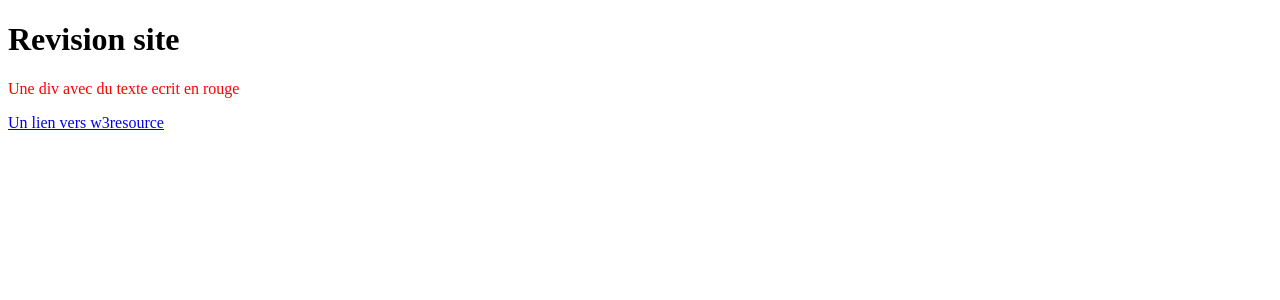
Repository: Elie-Dey/boot-start
Page: index.html
The author's editor kept a copy of each file at every save. The page is drawn from the files as they stood at one save, then again after the next save.
The browser window is 1280 px wide. The pictures show the whole page.

Above is the page before, as saved 2021-08-18 23:02:26.

### index.html
<!DOCTYPE html>
<html lang="en">
<head>
    <meta charset="UTF-8">
    <meta http-equiv="X-UA-Compatible" content="IE=edge">
    <meta name="viewport" content="width=device-width, initial-scale=1.0">
    <title>Revision html</title>
</head>
<body>
<header> <h1>Revision site</h1> </header>
<div> <p style="color:red"> Une div avec du texte ecrit en rouge</p></div>

<a href="https://www.w3resource.com/html5/article-tutorial.php"> Un lien vers w3resource</a>
</body>
</html>

After the next save:
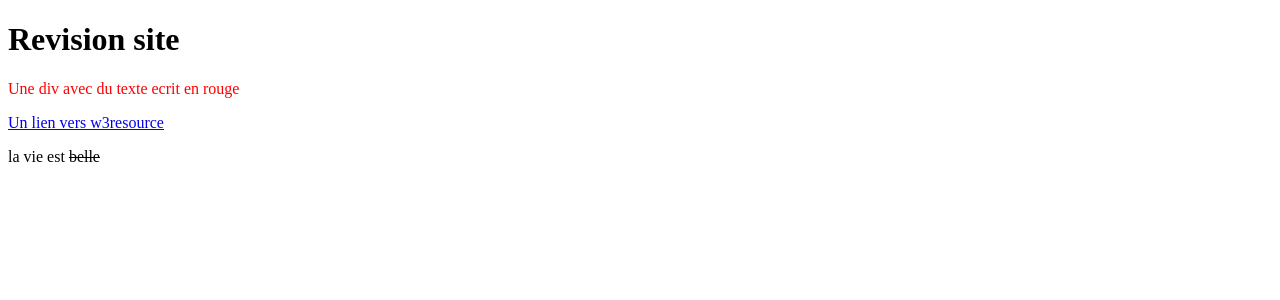
Saved 4 min 17 s later.
--- a/index.html
+++ b/index.html
@@ -11,5 +11,8 @@
 <div> <p style="color:red"> Une div avec du texte ecrit en rouge</p></div>
 
 <a href="https://www.w3resource.com/html5/article-tutorial.php"> Un lien vers w3resource</a>
+
+
+<p>la vie est <del>belle</del></p>
 </body>
 </html>
